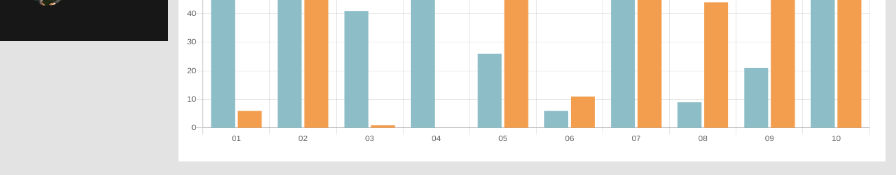
Repository: OllaWilk/wwwJustDoIt
Page: index.html
The author's editor kept a copy of each file at every save. The page is drawn from the files as they stood at one save, then again after the next save.
The browser window is 1280 px wide. The pictures show the part of the page from y = 662 to 2582 px (the page is 912 px tall before and 2716 px after), at 70% of full size.
Some web libraries are served in a nearby version. The style sheet was rebuilt from its Sass, Less or Tailwind sources for each picture, by a compiler version that may differ from the author's.

Above is the page before, as saved 2019-12-30 11:36:36.

After the next save:
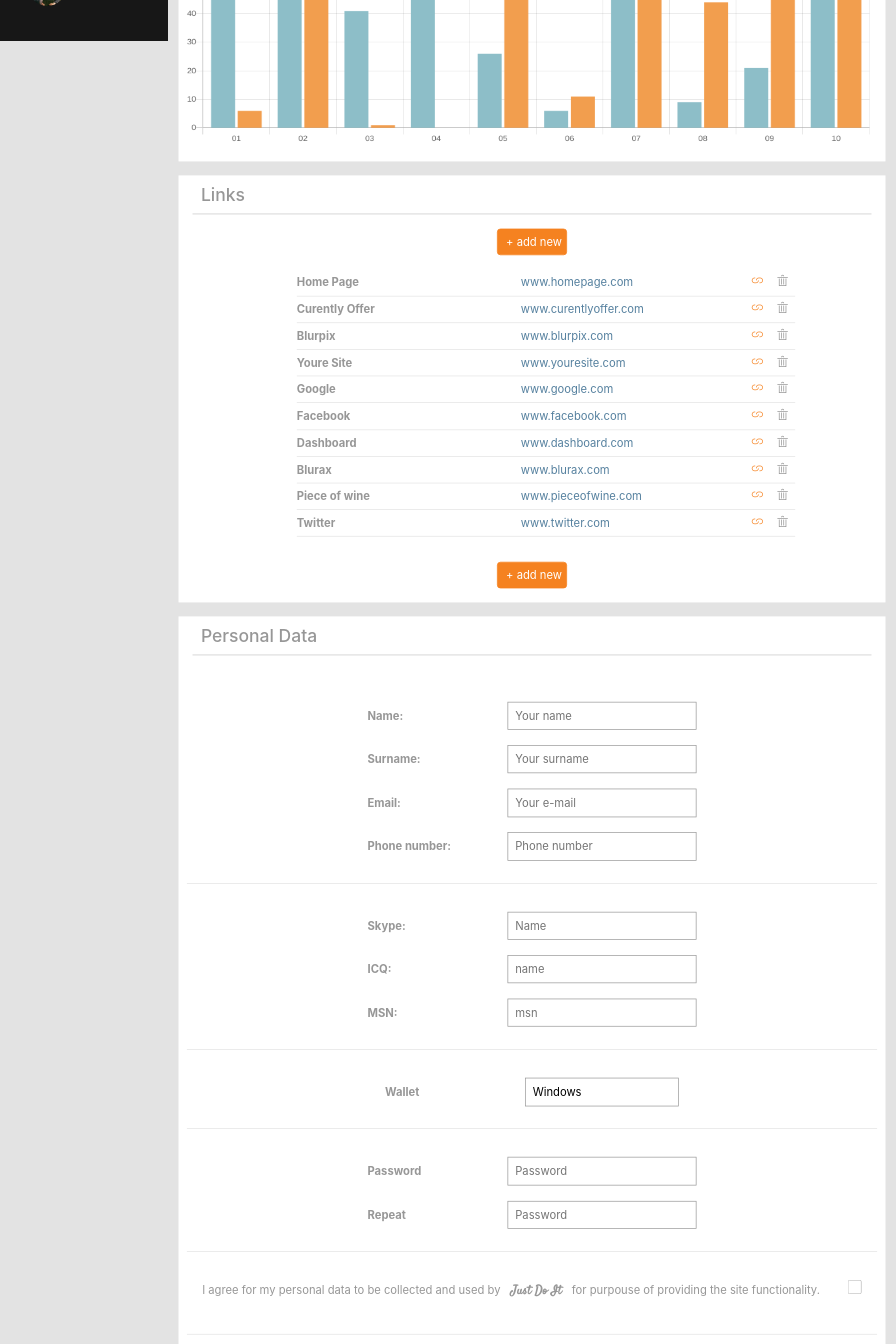
Saved 16 s later.
--- a/index.html
+++ b/index.html
@@ -103,7 +103,7 @@
                 </div>
             </div>
 
-            <div id = "page-3" class="post_page">
+            <div id = "page-3" class="post_page active">
                 <h2  class="title">Links</h2>
                 <div class="btnWraper">
                     <a href="index.html" id="refresh" class="btn btnAddNew">+ add new</a>
@@ -178,7 +178,7 @@
                 </div>
             </div>
 
-            <div id = "page-5" class="post_page personalDataTable">
+            <div id = "page-5" class="post_page active">
                 <h2  class="title">Personal Data</h2>
                 <div class = "userData">
                     <form novalidate method="post" enctype="multipart/form-data" action="js/db.js" autocomplete="on">
